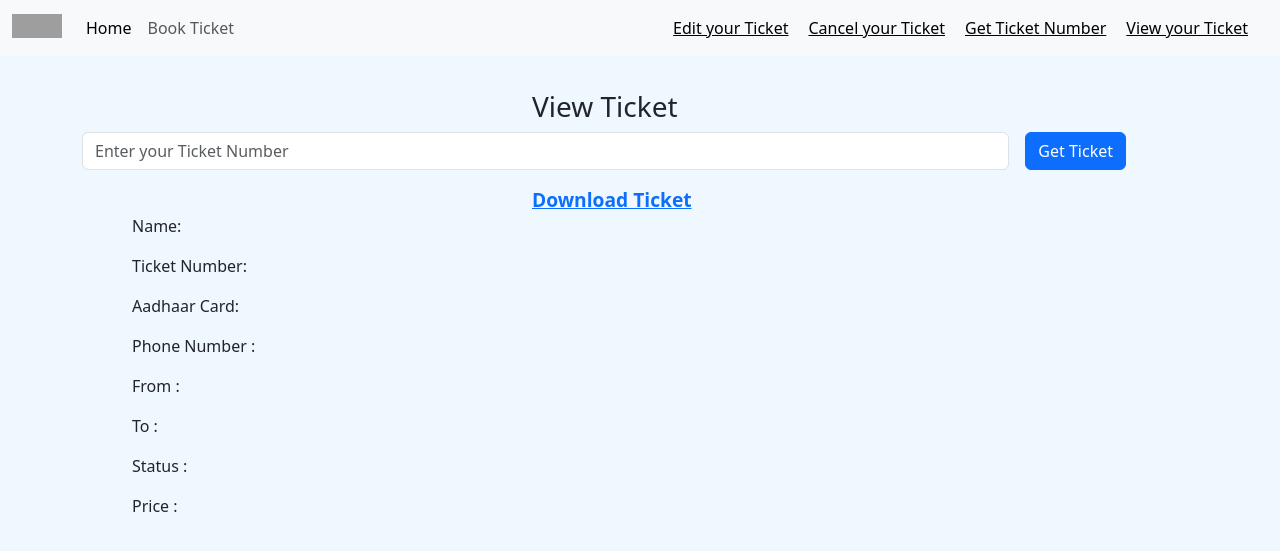
Repository: MayankSardana/Book-My-Ticket
Page: http://localhost/Ticket
An editor plug-in stored every save of this project. The page is shown before and after the next save, followed by the edit.
The browser window is 1280 px wide. The pictures show the whole page.
Pictures or frames that could not be fetched are drawn as grey boxes. The page is this project's Thymeleaf template; nobody is signed in. The template is opened directly, without the code that normally fills it, so the values that code supplies are empty.

Above is the page before, as saved 2024-07-03 05:37:12.

After the next save:
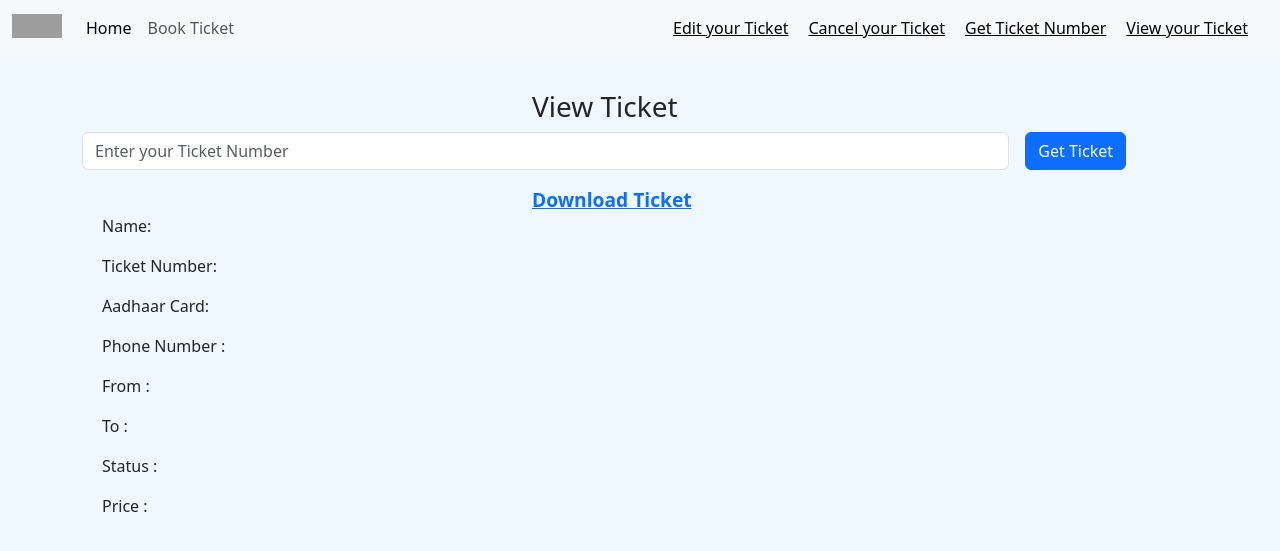
Saved 10 s later.
--- a/BookMyTicket/src/main/resources/templates/Ticket.html
+++ b/BookMyTicket/src/main/resources/templates/Ticket.html
@@ -31,7 +31,6 @@
 
 			.ch{
 				display:flex;
-				margin-left:30px;
 			}
 
 			p{
